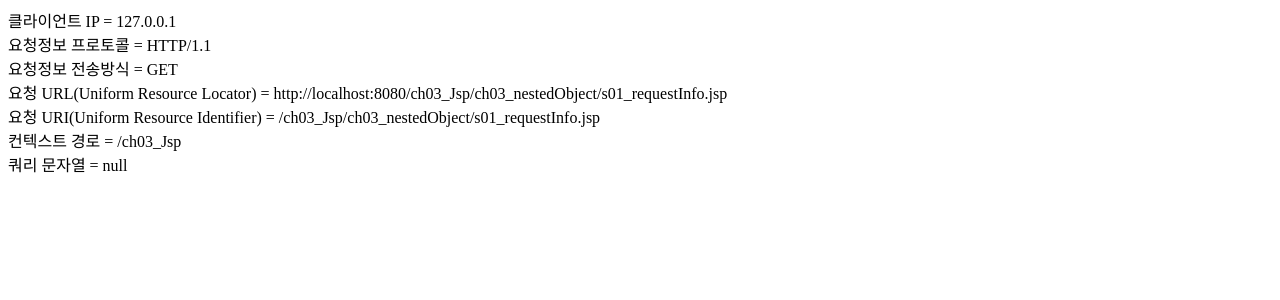
Repository: coolSummer1119/study
Page: http://localhost/ch03_Jsp/ch03_nestedObject/s01_requestInfo.jsp
The author's editor kept a copy of each file at every save. The page is drawn from the files as they stood at one save, then again after the next save.
The browser window is 1280 px wide. The pictures show the whole page.
The page is served by Tomcat 9.

Above is the page before, as saved 2024-04-22 08:46:38.

After the next save:
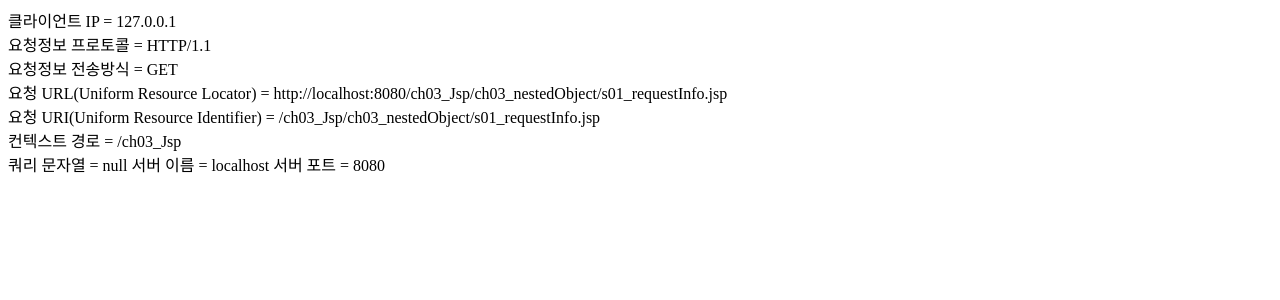
Saved 2 min 29 s later.
--- a/workspace/ch03_Jsp/src/main/webapp/ch03_nestedObject/s01_requestInfo.jsp
+++ b/workspace/ch03_Jsp/src/main/webapp/ch03_nestedObject/s01_requestInfo.jsp
@@ -14,7 +14,9 @@
 요청 URI(Uniform Resource Identifier) = <%= request.getRequestURI() %><br><!-- 부분주소 -->
 컨텍스트 경로 = <%= request.getContextPath() %><br>
 쿼리 문자열 = <%= request.getQueryString() %>
+<!-- get 방식은 url 뒤에 ? id : ~라고 작성 (쿼리 문자열) -->
+서버 이름 = <%= request.getServerName() %>
+서버 포트 = <%= request.getServerPort() %>
 
-<!-- get 방식은 url 뒤에 ? id : ~라고 작성 (쿼리 문자열) -->
 </body>
 </html>
